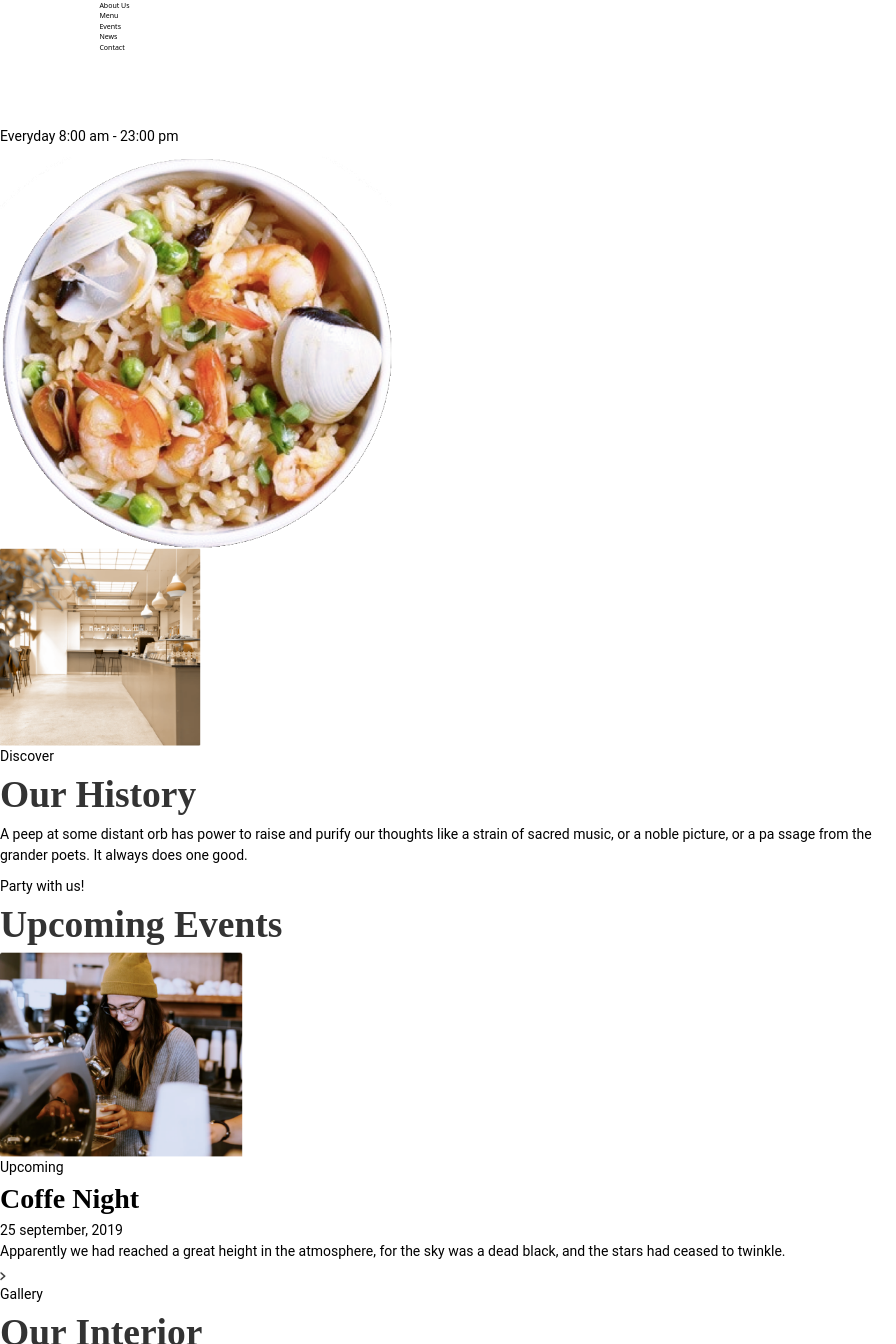
Repository: murilopellis-12/Tailwind-Prova
Page: index.html
The author's editor kept a copy of each file at every save. The page is drawn from the files as they stood at one save, then again after a run of saves.
The browser window is 1280 px wide. The pictures show the part of the page from y = 0 to 1920 px (the page is 4610 px tall), at 70% of full size.

Above is the page before, as saved 2026-10-26 19:18:54.
Not found: style.css

After the next 4 saves:
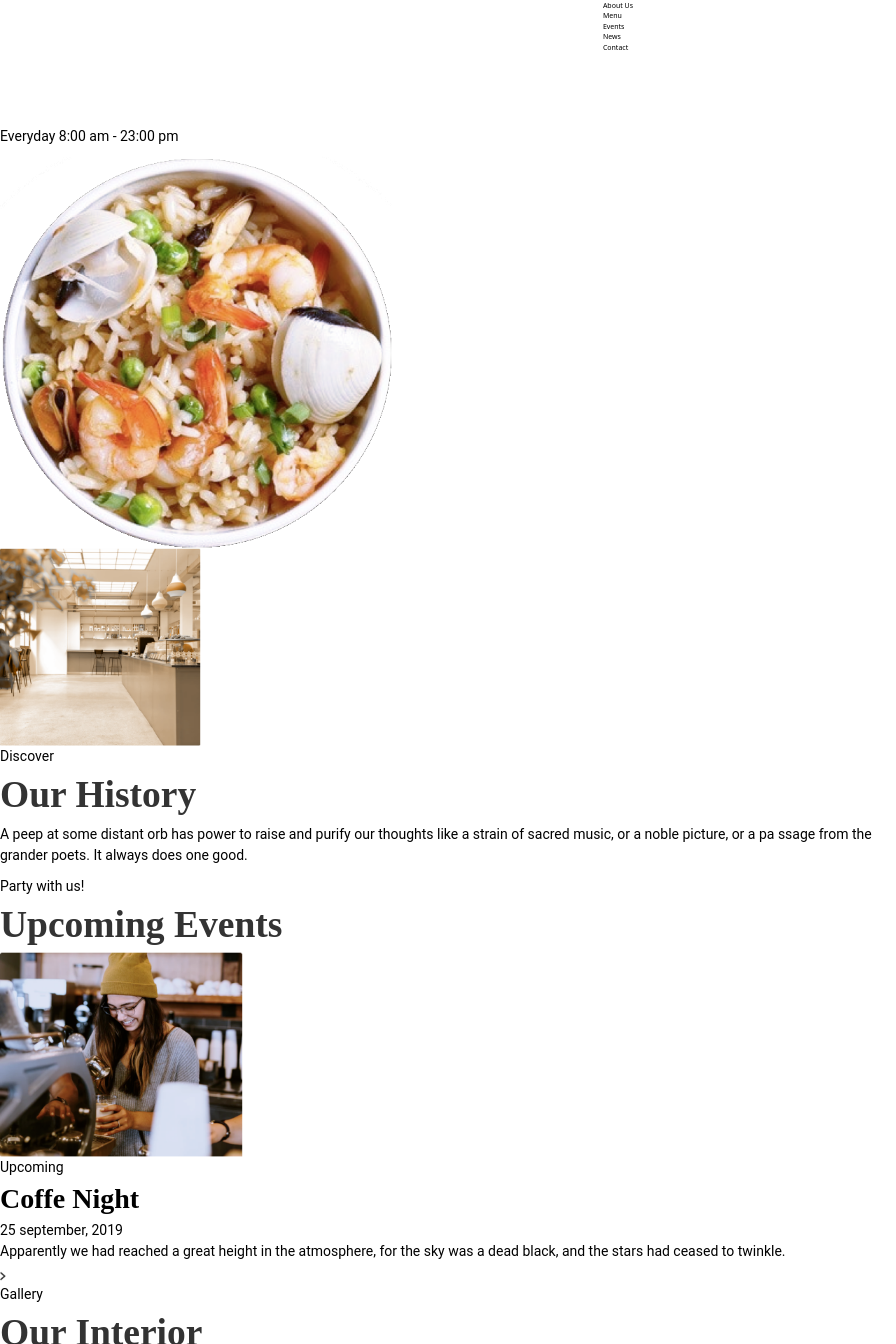
The 4 saves are shown as one change because they came seconds apart.
The last was saved 39 s later.
--- a/index.html
+++ b/index.html
@@ -79,7 +79,7 @@
 
   <body>
     <header class="header-principal">
-      <div class="conteudo-header flex ">
+      <div class="conteudo-header flex justify-between ">
         <div>
           <a aria-label="redireciona para o início" id="ancora-header" href="#"
             class="text-[4rem] no-underline text-[var(--cor-terciaria)] font-bold">REST</a
